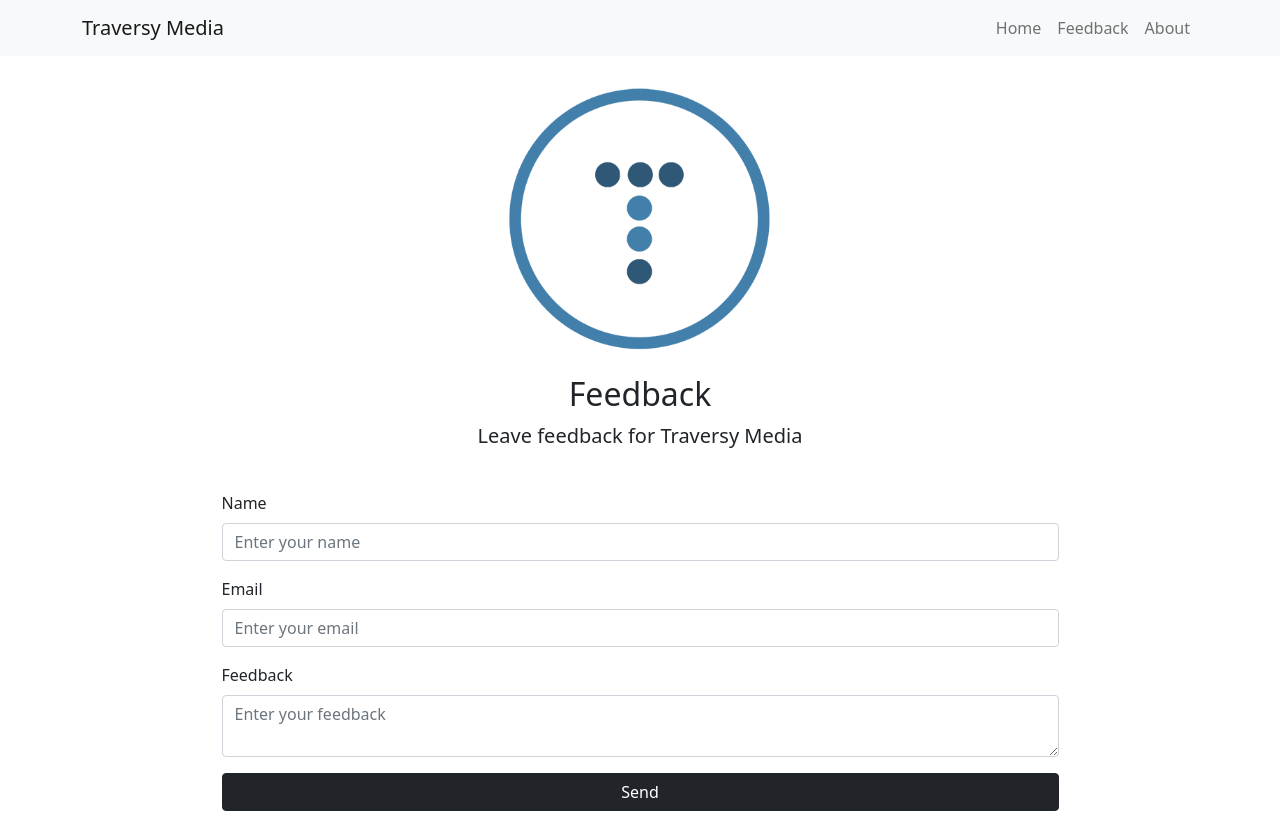
Repository: Haviles04/feedback
Page: http://localhost/index.php
An editor plug-in stored every save of this project. The page is shown before and after the next save, followed by the edit.
The browser window is 1280 px wide. The pictures show the whole page.
The page is run by PHP 8.4 with error messages shown; the project is at /var/www/html/.

Above is the page before, as saved 2024-04-29 17:49:20.

After the next save:
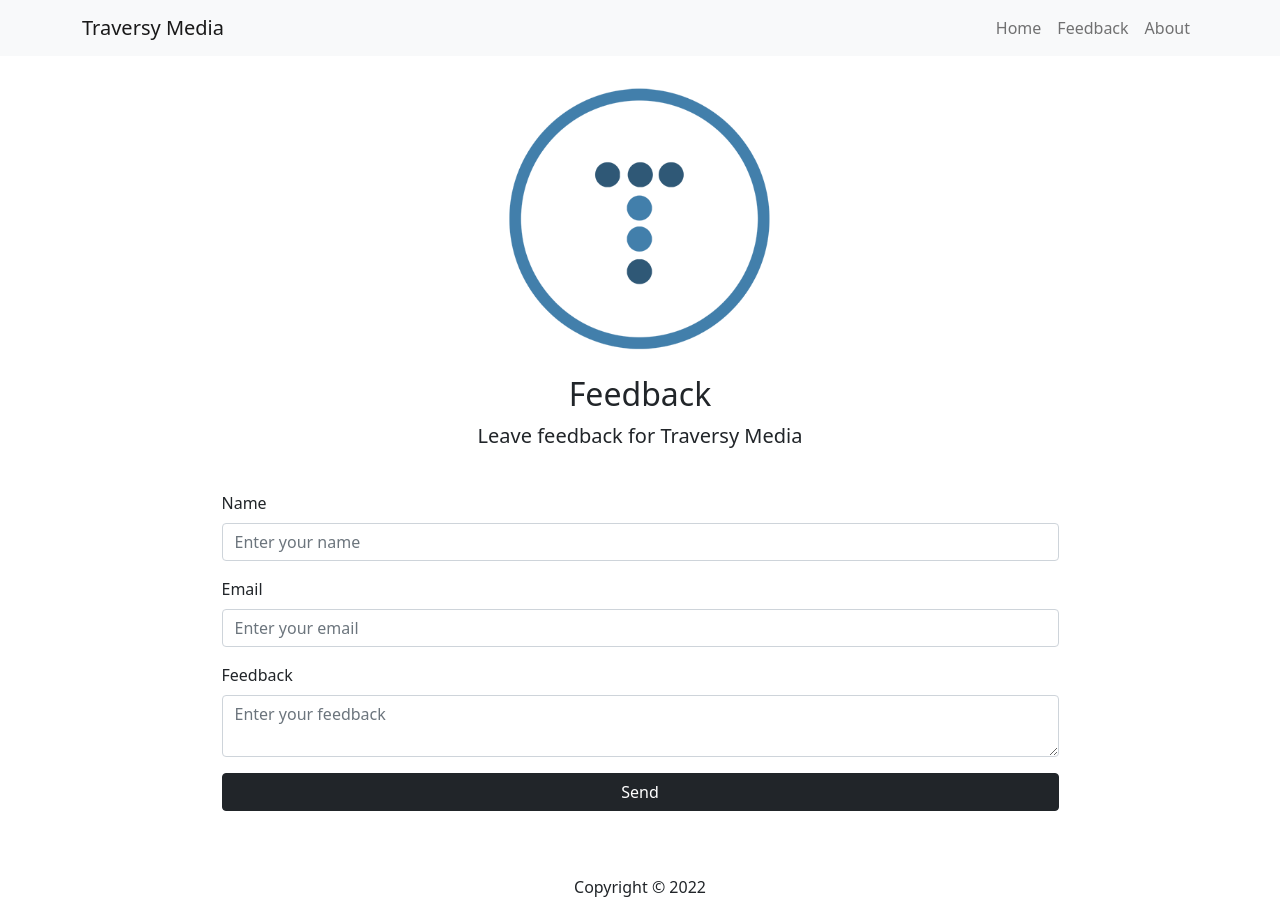
Saved 19 s later.
--- a/index.php
+++ b/index.php
@@ -20,3 +20,5 @@
     <input type="submit" name="submit" value="Send" class="btn btn-dark w-100" />
   </div>
 </form>
+
+<?php include 'inc/footer.php'; ?>
